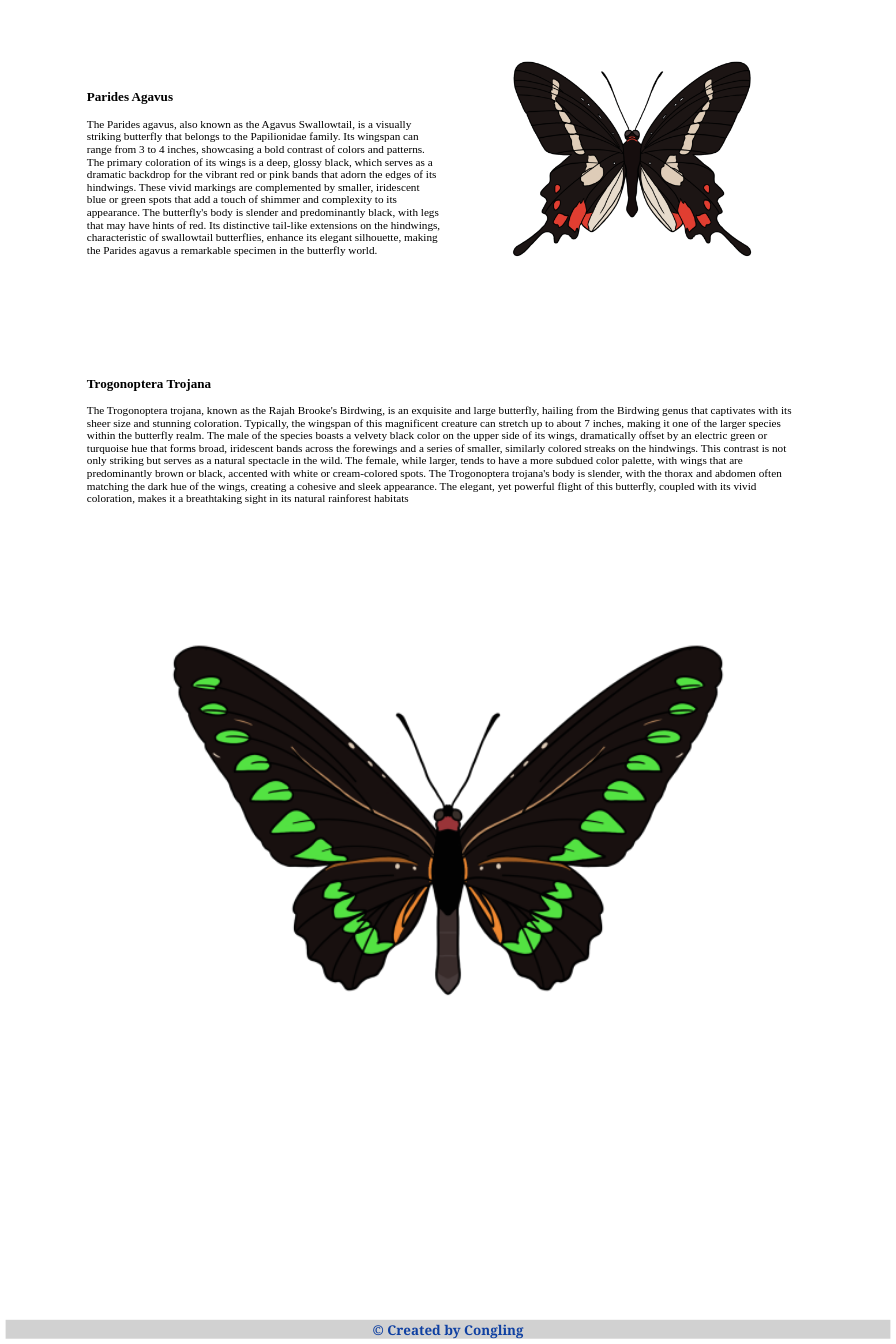
Repository: MeowCeline00/assessment-2
Page: /
These files come from the project's save history. The page is drawn as it stood at one moment and after the next save; the edit follows.
The browser window is 1280 px wide. The pictures show the part of the page from y = 3499 to 5419 px (the page is 5419 px tall before and 4694 px after), at 70% of full size.
The project was rebuilt for these pictures with package versions that can differ from the ones it lists, and the page was loaded fresh each time. The framework's server and built-in components were replaced by stand-ins that run in the browser. Also part of the build but not shown: next.config.mjs.

Above is the page before, as saved 2024-02-07 23:35:24.

### pages/index.js
import Head from "next/head";
import { useState } from "react";
import styles from "@/styles/Home.module.css";
import Header from "@/Components/Header";
import Footer from "@/Components/Footer";
import Contents from "@/Components/Contents";


export default function Home() {

  // Butterfly Patterns
  const classFilters = {
    //key : value
    1: 'Agrias Aedon Hewitson',
    2: 'Danaus Plexippus',
    4: 'Morpho Peleides',
    8: 'Ornithoptera Goliath',
    16: 'Pachliopta Hector',
    32: 'Parides Agavus',
    64: 'Trogonoptera Trojana'
  }

  const [input, setInput] = useState();
                                    // 3
                                    // 2 & 2 Remainder 1
                                    // 1 & 1 Remainder 0
                                    // 9
                                    // 8 & 8 Remainder 1
                                    // 1 & 1 Remainder 0
  const getClassStyle = flagValue => (input & flagValue) > 0 ? {backgroundColor: 'yellow'} : null;

  return (
    <>
      <Head>
        <title>General View of Butterfly Wing Patterns</title>
        <meta name="description" content="General View of Butterfly Wing Patterns" />
        <meta name="viewport" content="width=device-width, initial-scale=1" />
        <link rel="icon" href="/butt_favicon.ico" />
      </Head>
      <Header />
      <main className={`${styles.main}`}>
       <input
       id="input"
       type="text"
       placeholder='Bitmask Decimal'
       value={input}
       onChange={event => setInput(event.target.value)}
       />
       <table>
        <tbody>
          {
            Object.keys(classFilters).map(item => (
              <tr key={item} style={getClassStyle(item)}>
                <td>{item}</td>
                <td>{classFilters[item]}</td>
              </tr>
            ))
          }
        </tbody>
       </table>
       <Contents />
      </main>
      <Footer />
    </>
  );
}

### styles/globals.css
:root {
    --h1: rgb(15, 64, 162);
    --h2: rgb(203, 165, 27);
    --header-background: #d1d1d1;

}

### styles/Home.module.css
.main {
  display: flex;
  flex-direction: column;
  justify-content: space-between;
  align-items: center;
  padding: 6rem;
  min-height: 20vh;
}

### Components/Header/index.js
import Image from 'next/image';
import styles from './Header.module.css';

export default function Header() {
    return (
        <header className={styles.header}>
            <div className={styles.titleArea}>
                <h1> Colorful Butterflies</h1>
                <h2> A General Peek at Butterfly Wing Patterns</h2>
            </div>
            <div className={styles.logoArea}>
                <img src={"/logo.png"} alt="Butterfly Logo" width={350} />
            </div>
        </header>
    );
}

### Components/Footer/index.js
import styles from './Footer.module.css'


export default function Footer() {

    return(
        <footer className={styles.footer}>
            © Created by Congling
        </footer>
    )
}

### Components/Contents/index.js
import Image from 'next/image';
import styles from './Contents.module.css';

export default function Contents() {
    return (
        <contents className={styles.contents}>
            <div className={styles.projectDescription}>
            <h1>About</h1>
            <p>This project is my personal project, trying to explore different patterns for the wings of butterflies.
                On this occasion, I tried to draw several variety of Butterflies as referred to the original breed, including
               Agrias Aedon Hewitson, Danaus Plexippus, Morpho Peleides, Ornithoptera Goliath, Pachliopta Hector, Parides Agavus,
               and Trogonoptera Trojana.
            </p>
            </div>
            <div className={styles.butterflyPatterns}>
              <div className={styles.butterflyPattern}>
                <div className={styles.butterflyDes}>
                <h3>Agrias Aedon Hewitson</h3>
                <p>The species of the genus Agrias have, variously, very bright red, orange,
                    iridescent blue and yellow colouration contrasting on the black or bluish background of their upperside wing.
                    The underside wings are patterned. They have a robust appearance - broad thorax and short wide abdomen, allowing fast flight.
                    The wingspan is 70 to 120 mm. Males of all Agrias species have prominent yellow tufts of androconial scales on the hindwings.
                    These disperse pheromones for attracting suitable mates.</p>
                </div>
                <div className={styles.butterflyPic}>
                <img src={"/agrias_aedon_hewitson.png"} alt="Agrias Aedon Hewitson" width={200} />
                </div>
                </div>
                <div className={styles.butterflyPattern}>
                <div className={styles.butterflyDes}>
                <h3>Danaus Plexippus</h3>
                <p>Monarch butterflies are well-known for their appearance.
                Adult monarch butterflies possess two pairs of brilliant orange-red wings,
                featuring black veins and white spots along the edges. The males possess distinguishing
                black dots along the veins of their wings. Their orange color alerts predators to stay away.
                <br />
                As caterpillars, Monarchs are striped with yellow, black and white bands.
                Monarch caterpillars have a set of antennae-like tentacles at each end of their body.
                They reach about two inches in length before metamorphosis. The monarch chrysalis,
                where the caterpillar undergoes metamorphosis into the winged adult butterfly,
                is seafoam green with tiny yellow spots along its edge.</p>
                </div>
                <div className={styles.butterflyPic}>
                <img src={"/Danaus_plexippus.png"} alt="Danaus Plexippus" width={200} />
                </div>
                </div>
                <div className={styles.butterflyPattern}>
                <div className={styles.butterflyDes}>
                <h3>Morpho Peleides</h3>
                <p>Morpho peleides is recognized by the iridescent blue coloration on the top side of the wings.
                    Conversely, the undersides of the wings are brown and have a cryptic coloration and pattern.
                    Large eyespots are present on the bottom side of the forewings and hindwings.
                    The number of forewing eyespots on each individual may vary.
                    This coloration serves as protection from predators by making the butterfly somewhat camouflaged in the forest,
                    and the eyespots can startle or intimidate potential predators.
                    They are large butterflies, with adult wingspan measuring 5-8 inches.</p>
                </div>
                <div className={styles.butterflyPic}>
                <img src={"/morpho_peleides.png"} alt="Morpho Peleides" width={200} />
                </div>
                </div>
                <div className={styles.butterflyPattern}>
                <div className={styles.butterflyDes}>
                <h3>Ornithoptera Goliath</h3>
                <p>Ornithoptera goliath has a wingspan up to 11 in. This makes it the world's second largest butterfly.
                    The African giant swallowtail reaches an almost equal wingspan.
                    <br />
                    Male. The Goliath birdwing's forewings are black. The costal edge is green and beyond the medium black bar
                    is a large green triangle which reaches the dorsum but not the black sternum. The underside is greenish yellow and greenish.
                    The veins are black and there is a black border. The outer cells have small black spots.
                    The hindwings are golden with a black edge bordered basally by a thin green line.
                    There are some green spots in the cells of the golden area. The underside is similar to the upperside,
                    but there is no black border. The edge is green. The spots in the cells of the golden area are black.
                    The abdomen is yellow with black-edged tergites. The head and thorax are black and the underside of the
                    thorax has tufts of red hair.
                    <br />
                    Female. The female is larger than the male and the basic colour is dark brown.
                    At the outer edge there is a postdiscal chain of white spots. In the discal cell there is a cluster of white spots,
                    sometimes shaped like an "E". The hindwings have a broad yellow postdiscal band with a chain of dark-brown spots in the cells.
                    The underside is very like the upper but the colours are stronger.</p>
                    </div>
                    <div className={styles.butterflyPic}>
                <img src={"/ornithoptera_goliath.png"} alt="Ornithoptera Goliath" width={200} />
                </div>
                </div>
                <div className={styles.butterflyPattern}>
                <div className={styles.butterflyDes}>
                <h3>Pachliopta Hector</h3>
                <p>The male's upperside is black. Forewing with a broad white interrupted band from the subcostal nervure
                    opposite the origin of veins 10 and 11, extended obliquely to the tornus, and a second short pre-apical similar band;
                    both bands composed of detached irregularly indented broad streaks in the interspaces.
                    Hindwing with a distal posteriorly strongly curved series of seven crimson spots followed by a subterminal series of
                    crimson lunules. Cilia black alternated with white. Underside: forewing dull brownish black, hindwing black;
                    markings as on the upperside, but the crimson spots and crescent-shaped markings on the hindwing larger.
                    Antennae, thorax and abdomen above at base, black; head and rest of the abdomen bright crimson; beneath:
                    iho palpi, the sides of the thorax and abdomen crimson.
                    <br />
                    The female is similar, the discal series of spots and subterminal lunules much duller,
                    pale crimson sprinkled with black scales; in some specimens the anterior spots and lunules almost white barely
                    tinged with crimson; abdomen above with the black colour extended further towards the apex.
                    </p>
                    </div>
                    <div className={styles.butterflyPic}>
                <img src={"/pachliopta_hector.png"} alt="Pachliopta Hector" width={200} />
                </div>
                </div>
                <div className={styles.butterflyPattern}>
                <div className={styles.butterflyDes}>
                <h3>Parides Agavus</h3>
                <p>The Parides agavus, also known as the Agavus Swallowtail, is a visually striking butterfly that belongs
                    to the Papilionidae family. Its wingspan can range from 3 to 4 inches, showcasing a bold contrast of colors and patterns.
                    The primary coloration of its wings is a deep, glossy black, which serves as a dramatic backdrop for the vibrant
                    red or pink bands that adorn the edges of its hindwings. These vivid markings are complemented by smaller,
                    iridescent blue or green spots that add a touch of shimmer and complexity to its appearance.
                    The butterfly's body is slender and predominantly black, with legs that may have hints of red.
                    Its distinctive tail-like extensions on the hindwings, characteristic of swallowtail butterflies,
                    enhance its elegant silhouette, making the Parides agavus a remarkable specimen in the butterfly world.</p>
                </div>
                <div className={styles.butterflyPic}>
                <img src={"/parides_agavus.png"} alt="Parides Agavus" width={200} />
                </div>
                </div>
                <div className={styles.buttfly7}>
                <div className={styles.butterflyDes}>
                <h3>Trogonoptera Trojana</h3>
                <p>
                    The Trogonoptera trojana, known as the Rajah Brooke's Birdwing, is an exquisite and large butterfly,
                    hailing from the Birdwing genus that captivates with its sheer size and stunning coloration.
                    Typically, the wingspan of this magnificent creature can stretch up to about 7 inches,
                    making it one of the larger species within the butterfly realm. The male of the species boasts a velvety black color
                    on the upper side of its wings, dramatically offset by an electric green or turquoise hue that forms broad,
                    iridescent bands across the forewings and a series of smaller, similarly colored streaks on the hindwings.
                    This contrast is not only striking but serves as a natural spectacle in the wild. The female, while larger,
                    tends to have a more subdued color palette, with wings that are predominantly brown or black,
                    accented with white or cream-colored spots. The Trogonoptera trojana's body is slender,
                    with the thorax and abdomen often matching the dark hue of the wings, creating a cohesive and sleek appearance.
                    The elegant, yet powerful flight of this butterfly, coupled with its vivid coloration,
                    makes it a breathtaking sight in its natural rainforest habitats</p>
                    </div>
                    <div className={styles.butterflyPic}>
                <img src={"/trogonoptera_trojana.png"} alt="Trogonoptera Trojana" width={200} />
                </div>
                </div>
            </div>
        </contents>
    );
}

### Components/Header/Header.module.css
.header {
    display: flex;
    justify-content: space-between;
    align-items: center;
    padding: 20px;
    background-color: var(--header-background);
}

.titleArea {
    display: flex;
    flex-direction: column;
    padding-left: 20%;
}

.titleArea h1 {
    color: var(--h1);
    font-size: xx-large;
    font-family: Impact, Haettenschweiler, 'Arial Narrow Bold', sans-serif;
}

.titleArea h2 {
    color: var(--h2);
    font-family: 'Franklin Gothic Medium', 'Arial Narrow', Arial, sans-serif;
}

.logoArea {
  display: flex;
  padding-right: 20%;
}

### Components/Footer/Footer.module.css
.footer{
    text-align: center;
    font-weight: bold;
    font-family: Georgia, 'Times New Roman', Times, serif;
    font-size: larger;
    background-color: var(--header-background);
    color: var(--h1);
}

### Components/Contents/Contents.module.css
.contents {
    display: flex;
    flex-direction: column;
    margin: 20px;
}

.projectDescription {
    margin-bottom: 20px;
}

.butterflyPatterns {
    display: flex;
    flex-direction: column;
}

.butterflyPattern {
    display: flex;
    justify-content: space-between;
    align-items: center;
    margin-bottom: 20px;
}

.butterflyDes {
    flex: 1; /* Assigns 50% of the space to the description */
    padding-right: 20px; /* Adds some space between the text and the image */
}

.butterflyPic {
    flex: 1; /* Assigns 50% of the space to the picture */
    display: flex;
    justify-content: flex-start; /* Aligns the image to the start of the flex item */
}

.butterflyPic img {
    width: 100%; /* Full width of the flex item */
    height: auto; /* Keeps the aspect ratio of the image */
}

Loaded but not shown: pages/_app.js (common file); pages/_document.js (common file); pages/api/hello.js (common file)

After the next save:
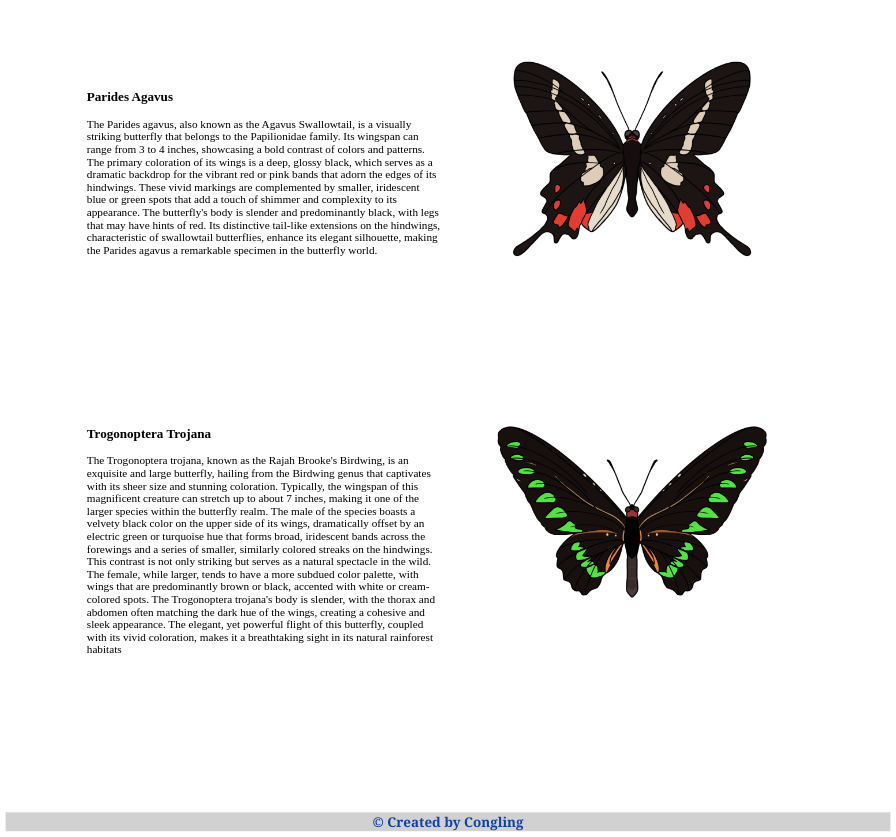
Saved 6 s later.
--- a/Components/Contents/index.js
+++ b/Components/Contents/index.js
@@ -120,7 +120,7 @@ export default function Contents() {
                 <img src={"/parides_agavus.png"} alt="Parides Agavus" width={200} />
                 </div>
                 </div>
-                <div className={styles.buttfly7}>
+                <div className={styles.butterflyPattern}>
                 <div className={styles.butterflyDes}>
                 <h3>Trogonoptera Trojana</h3>
                 <p>
